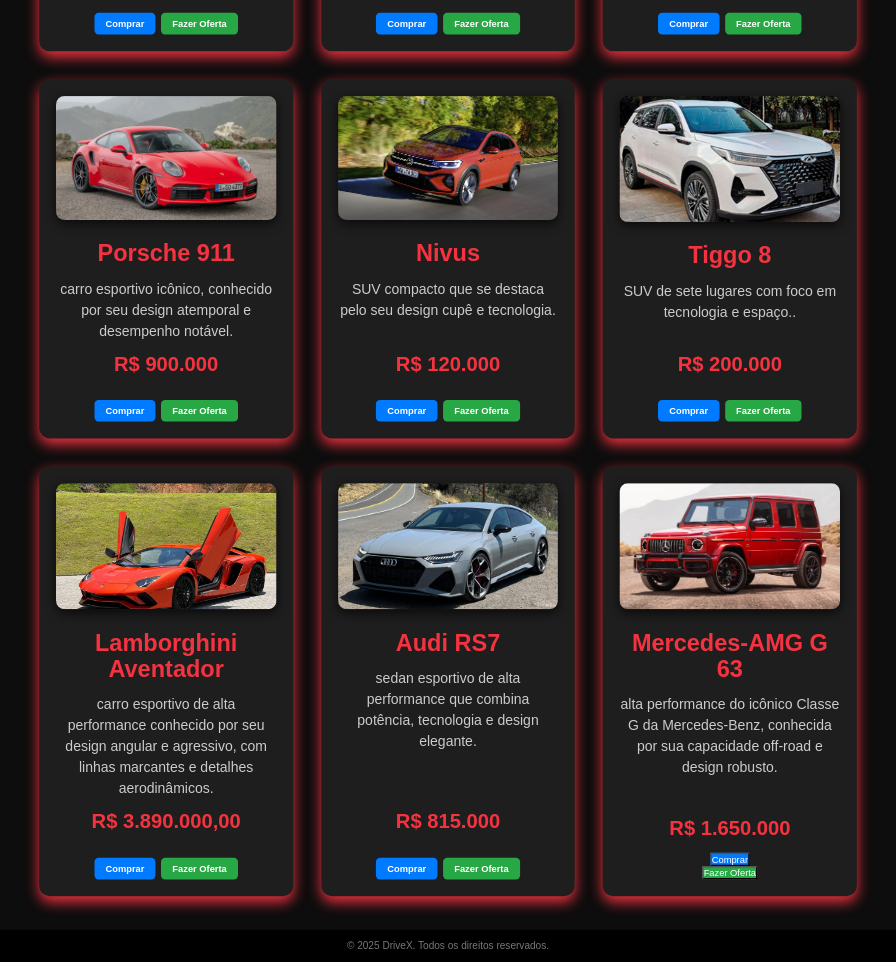
Repository: Mateushlp/DriveX
Page: carros.html
These files come from the project's save history. The page is drawn as it stood at one moment and after the next save; the edit follows.
The browser window is 1280 px wide. The pictures show the part of the page from y = 686 to 2606 px (the page is 2060 px tall before and 2606 px after), at 70% of full size.

Above is the page before, as saved 2025-06-24 22:24:55.

After the next save:
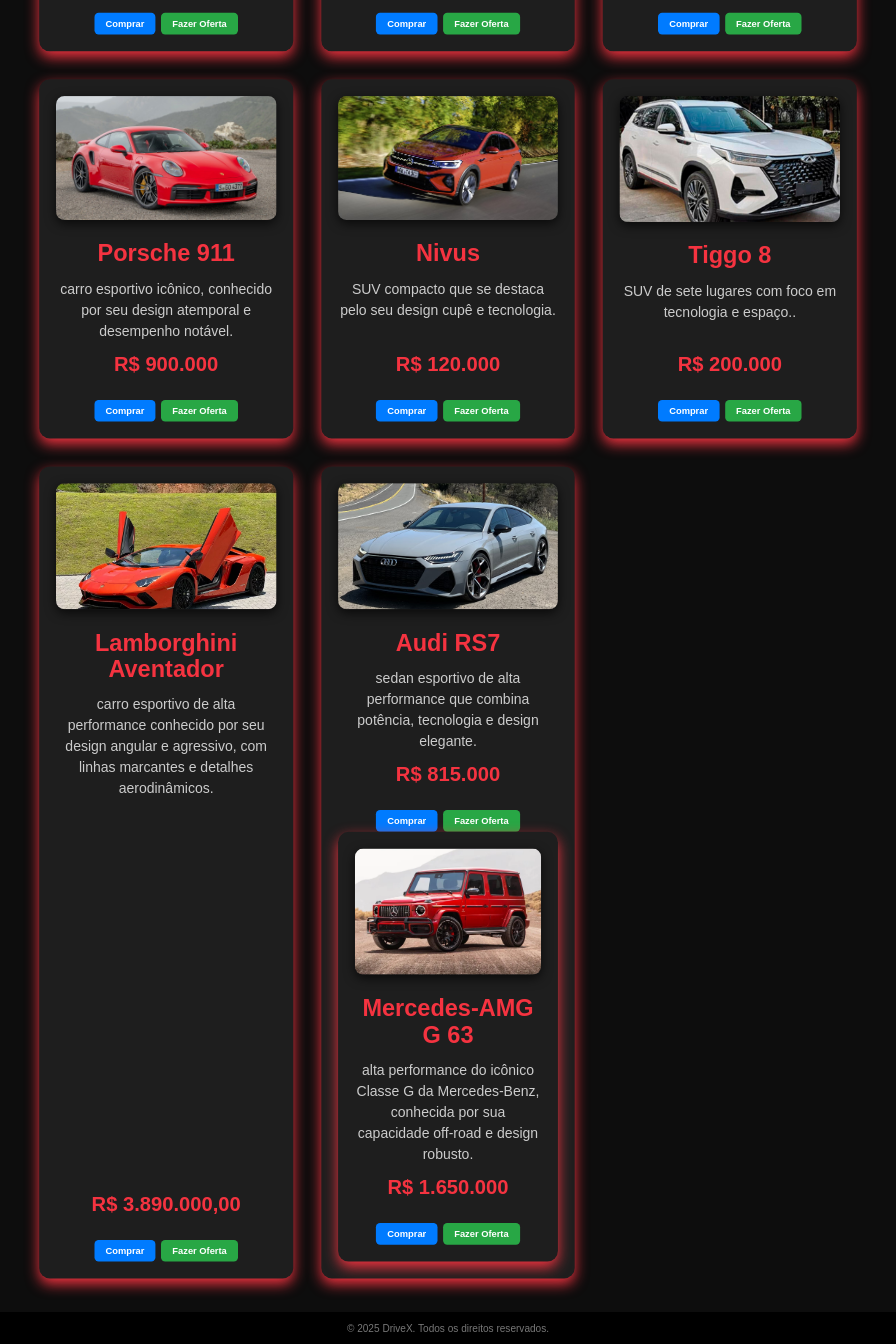
Saved 40 s later.
--- a/carros.html
+++ b/carros.html
@@ -112,15 +112,16 @@
   <button class="btn-oferta" data-modelo="audirs7">Fazer Oferta</button>
 </div>
 
-      </div>
-      <div class="card-carro">
-        <img src="./img/g63.png" alt="g63" />
-        <h3>Mercedes-AMG G 63</h3>
-        <p> alta performance do icônico Classe G da Mercedes-Benz, conhecida por sua capacidade off-road e design robusto.</p>
-        <strong>R$ 1.650.000</strong>
-  <button class="btn-encomenda" data-modelo="g63">Comprar</button>
-  <button class="btn-oferta" data-modelo="g63">Fazer Oferta</button>
-      </div>
+ <div class="card-carro">
+  <img src="./img/g63.png" alt="g63" />
+  <h3>Mercedes-AMG G 63</h3>
+  <p> alta performance do icônico Classe G da Mercedes-Benz, conhecida por sua capacidade off-road e design robusto.</p>
+  <strong>R$ 1.650.000</strong>
+  <div class="botoes-card">
+    <button class="btn-encomenda" data-modelo="g63">Comprar</button>
+    <button class="btn-oferta" data-modelo="g63">Fazer Oferta</button>
+  </div>
+</div>
 
       <!-- Adicione mais carros aqui -->
     </section>

After the 2 saves that followed:
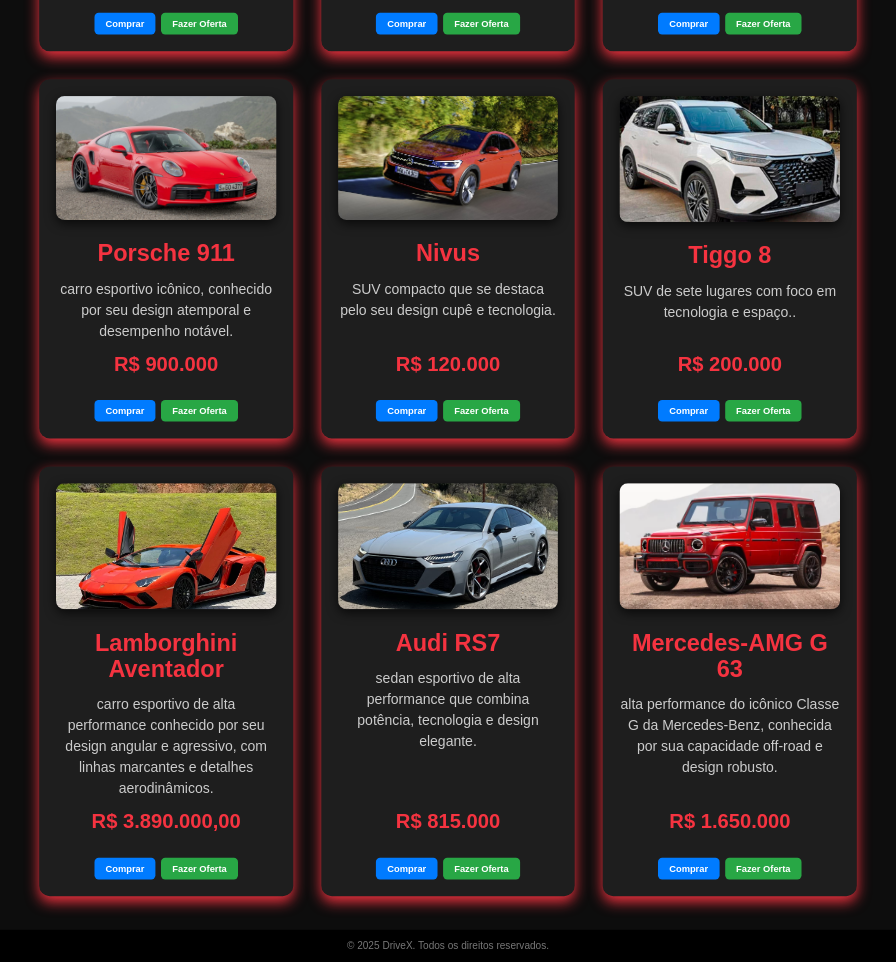
The 2 saves are shown as one change because they came seconds apart.
The last was saved 16 s later.
--- a/carros.html
+++ b/carros.html
@@ -111,7 +111,7 @@
   <button class="btn-encomenda" data-modelo="audirs7">Comprar</button>
   <button class="btn-oferta" data-modelo="audirs7">Fazer Oferta</button>
 </div>
-
+  </div>
  <div class="card-carro">
   <img src="./img/g63.png" alt="g63" />
   <h3>Mercedes-AMG G 63</h3>
@@ -120,7 +120,7 @@
   <div class="botoes-card">
     <button class="btn-encomenda" data-modelo="g63">Comprar</button>
     <button class="btn-oferta" data-modelo="g63">Fazer Oferta</button>
-  </div>
+
 </div>
 
       <!-- Adicione mais carros aqui -->
